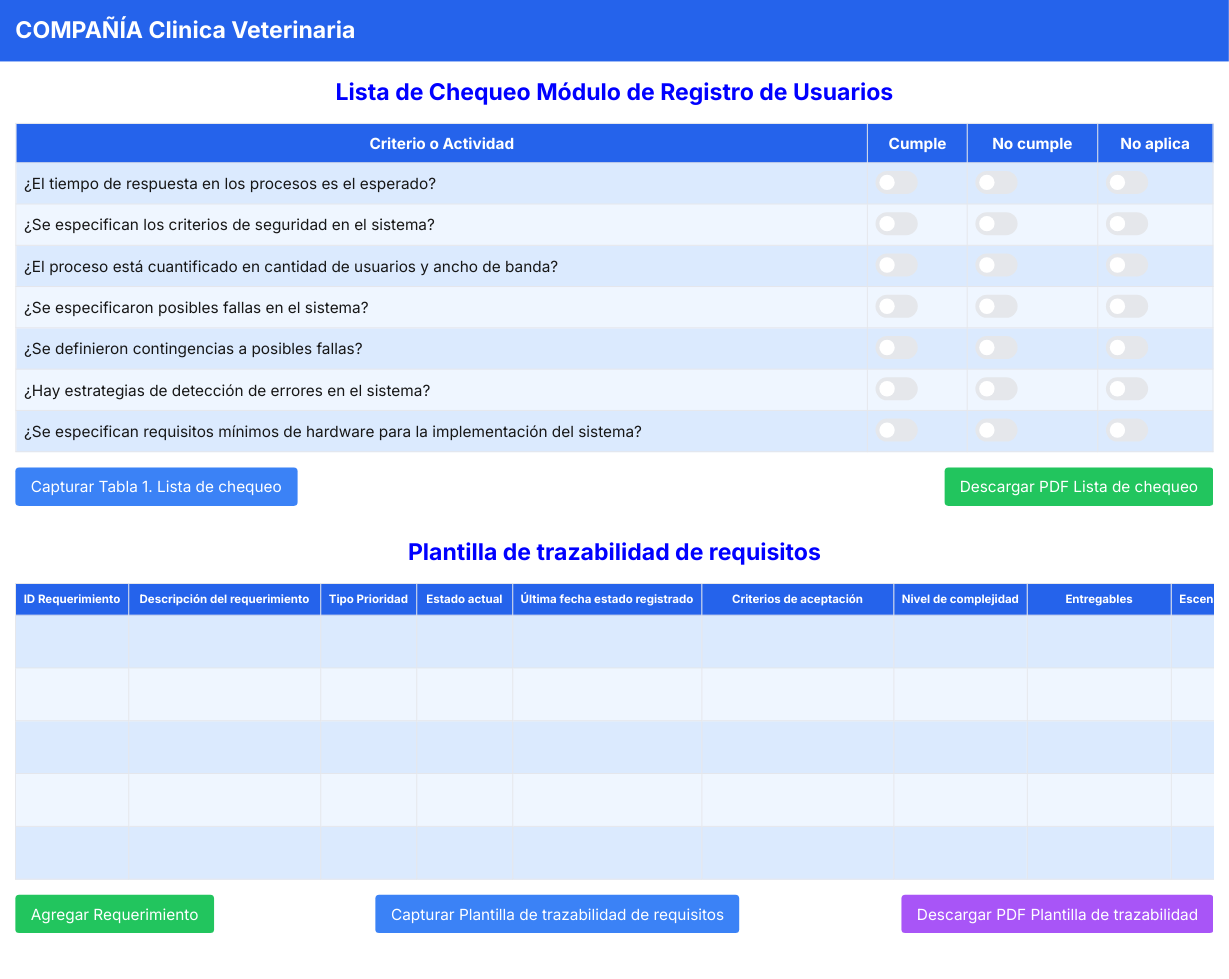
Repository: CiroAlfa/lista-de-Chequeo
Page: /
These files come from the project's save history. The page is drawn as it stood at one moment and after the next save; the edit follows.
The browser window is 1280 px wide. The pictures show the whole page, at 96% of full size.
The project was rebuilt for these pictures with package versions that can differ from the ones it lists, and the page was loaded fresh each time. The framework's server and built-in components were replaced by stand-ins that run in the browser. Also part of the build but not shown: next.config.mjs.

Above is the page before, as saved 2024-09-27 14:41:30.

### src/app/layout.tsx
import './globals.css'
import type { Metadata } from 'next'
import { Inter } from 'next/font/google'

const inter = Inter({ subsets: ['latin'] })

export const metadata: Metadata = {
  title: 'Checklist App - Clinica Veterinaria',
  description: 'Aplicación de chequeo y trazabilidad de requisitos',
}

export default function RootLayout({
  children,
}: {
  children: React.ReactNode
}) {
  return (
    <html lang="es">
      <body className={inter.className}>
        <header className="bg-blue-600 text-white p-4">
          <h1 className="text-2xl font-bold">COMPAÑÍA Clinica Veterinaria</h1>
        </header>
        {children}
      </body>
    </html>
  )
}

### src/app/page.tsx
'use client'

import { useState, useRef } from 'react'
import { Switch } from '@headlessui/react'
import html2canvas from 'html2canvas'
import jsPDF from 'jspdf'

interface ChecklistItem {
  id: number
  criteria: string
  cumple: boolean
  noCumple: boolean
  noAplica: boolean
}

interface RequirementItem {
  id: string
  description: string
  priority: string
  status: string
  lastUpdated: string
  acceptanceCriteria: string
  complexity: string
  deliverables: string
  testScenarios: string
  stakeholder: string
}

const initialChecklist: ChecklistItem[] = [
  { id: 1, criteria: '¿El tiempo de respuesta en los procesos es el esperado?', cumple: false, noCumple: false, noAplica: false },
  { id: 2, criteria: '¿Se especifican los criterios de seguridad en el sistema?', cumple: false, noCumple: false, noAplica: false },
  { id: 3, criteria: '¿El proceso está cuantificado en cantidad de usuarios y ancho de banda?', cumple: false, noCumple: false, noAplica: false },
  { id: 4, criteria: '¿Se especificaron posibles fallas en el sistema?', cumple: false, noCumple: false, noAplica: false },
  { id: 5, criteria: '¿Se definieron contingencias a posibles fallas?', cumple: false, noCumple: false, noAplica: false },
  { id: 6, criteria: '¿Hay estrategias de detección de errores en el sistema?', cumple: false, noCumple: false, noAplica: false },
  { id: 7, criteria: '¿Se especifican requisitos mínimos de hardware para la implementación del sistema?', cumple: false, noCumple: false, noAplica: false },
]

const initialRequirements: RequirementItem[] = Array(5).fill(null).map((_, index) => ({
  id: ``,
  description: '',
  priority: '',
  status: '',
  lastUpdated: '',
  acceptanceCriteria: '',
  complexity: '',
  deliverables: '',
  testScenarios: '',
  stakeholder: '',
}))

export default function Home() {
  const [checklist, setChecklist] = useState<ChecklistItem[]>(initialChecklist)
  const [requirements, setRequirements] = useState<RequirementItem[]>(initialRequirements)
  const tableRef = useRef<HTMLDivElement>(null)

  const handleChecklistChange = (id: number, field: 'cumple' | 'noCumple' | 'noAplica') => {
    setChecklist(checklist.map(item => {
      if (item.id === id) {
        const newItem = { ...item, [field]: !item[field] }
        if (newItem[field]) {
          newItem.cumple = field === 'cumple'
          newItem.noCumple = field === 'noCumple'
          newItem.noAplica = field === 'noAplica'
        }
        return newItem
      }
      return item
    }))
  }

  const handleRequirementChange = (index: number, field: keyof RequirementItem, value: string) => {
    setRequirements(requirements.map((item, i) =>
      i === index ? { ...item, [field]: value } : item
    ))
  }

  const addRequirement = () => {
    setRequirements([...requirements, {
      id: '',
      description: '',
      priority: '',
      status: '',
      lastUpdated: '',
      acceptanceCriteria: '',
      complexity: '',
      deliverables: '',
      testScenarios: '',
      stakeholder: '',
    }])
  }

  const captureScreenshot = async (elementId: string, fileName: string) => {
    const element = document.getElementById(elementId)
    if (element && tableRef.current) {
      const canvas = await html2canvas(element, {
        scrollX: -window.scrollX,
        scrollY: -window.scrollY,
        width: tableRef.current.scrollWidth,
        height: tableRef.current.scrollHeight,
        windowWidth: tableRef.current.scrollWidth,
        windowHeight: tableRef.current.scrollHeight
      })
      const image = canvas.toDataURL('image/png')
      const link = document.createElement('a')
      link.href = image
      link.download = fileName
      link.click()
    }
  }

  const generatePDF = async (elementId: string, fileName: string) => {
    const element = document.getElementById(elementId)
    if (element) {
      const canvas = await html2canvas(element, {
        scale: 1,
        useCORS: true,
      })
      const imgData = canvas.toDataURL('image/png')
      const pdf = new jsPDF({
        orientation: 'landscape',
        unit: 'px',
        format: [canvas.width, canvas.height]
      })
      pdf.addImage(imgData, 'PNG', 0, 0, canvas.width, canvas.height)
      pdf.save(fileName)
    }
  }

  return (
    <main className="container mx-auto p-4">
      <div className="mb-8" id="checklist-table">
        <h2 className="text-2xl font-bold mb-4 text-center"style={{ color: 'blue' }}>Lista de Chequeo Módulo de Registro de Usuarios</h2>
        <table className="w-full border-collapse">
          <thead>
            <tr className="bg-blue-600 text-white">
              <th className="border p-2">Criterio o Actividad</th>
              <th className="border p-2">Cumple</th>
              <th className="border p-2">No cumple</th>
              <th className="border p-2">No aplica</th>
            </tr>
          </thead>
          <tbody>
            {checklist.map((item, index) => (
              <tr key={item.id} className={index % 2 === 0 ? 'bg-blue-100' : 'bg-blue-50'}>
                <td className="border p-2">{item.criteria}</td>
                <td className="border p-2">
                  <Switch
                    checked={item.cumple}
                    onChange={() => handleChecklistChange(item.id, 'cumple')}
                    className={`${item.cumple ? 'bg-blue-600' : 'bg-gray-200'} relative inline-flex h-6 w-11 items-center rounded-full`}
                  >
                    <span className={`${item.cumple ? 'translate-x-6' : 'translate-x-1'} inline-block h-4 w-4 transform rounded-full bg-white transition`} />
                  </Switch>
                </td>
                <td className="border p-2">
                  <Switch
                    checked={item.noCumple}
                    onChange={() => handleChecklistChange(item.id, 'noCumple')}
                    className={`${item.noCumple ? 'bg-blue-600' : 'bg-gray-200'} relative inline-flex h-6 w-11 items-center rounded-full`}
                  >
                    <span className={`${item.noCumple ? 'translate-x-6' : 'translate-x-1'} inline-block h-4 w-4 transform rounded-full bg-white transition`} />
                  </Switch>
                </td>
                <td className="border p-2">
                  <Switch
                    checked={item.noAplica}
                    onChange={() => handleChecklistChange(item.id, 'noAplica')}
                    className={`${item.noAplica ? 'bg-blue-600' : 'bg-gray-200'} relative inline-flex h-6 w-11 items-center rounded-full`}
                  >
                    <span className={`${item.noAplica ? 'translate-x-6' : 'translate-x-1'} inline-block h-4 w-4 transform rounded-full bg-white transition`} />
                  </Switch>
                </td>
              </tr>
            ))}
          </tbody>
        </table>
        <div className="mt-4 flex justify-between">
          <button
            onClick={() => captureScreenshot('checklist-table', 'lista-de-chequeo.png')}
            className="bg-blue-500 text-white px-4 py-2 rounded hover:bg-blue-600 transition-colors"
          >
            Capturar Tabla 1. Lista de chequeo
          </button>
          <button
            onClick={() => generatePDF('checklist-table', 'lista-de-chequeo.pdf')}
            className="bg-green-500 text-white px-4 py-2 rounded hover:bg-green-600 transition-colors"
          >
            Descargar PDF Lista de chequeo
          </button>
        </div>
      </div>

      <div className="mb-8" id="requirements-table">
        <h2 className="text-2xl font-bold mb-4 text-center" style={{ color: 'blue' }}>Plantilla de trazabilidad de requisitos</h2>
        <div className="overflow-x-auto" ref={tableRef}>
          <table className="w-full border-collapse">
            <thead>
              <tr className="bg-blue-600 text-white">
                <th className="border p-2 whitespace-nowrap text-xs">ID Requerimiento</th>
                <th className="border p-2 whitespace-nowrap text-xs">Descripción del requerimiento</th>
                <th className="border p-2 whitespace-nowrap text-xs">Tipo Prioridad</th>
                <th className="border p-2 whitespace-nowrap text-xs">Estado actual</th>
                <th className="border p-2 whitespace-nowrap text-xs">Última fecha estado registrado</th>
                <th className="border p-2 whitespace-nowrap text-xs">Criterios de aceptación</th>
                <th className="border p-2 whitespace-nowrap text-xs">Nivel de complejidad</th>
                <th className="border p-2 whitespace-nowrap text-xs">Entregables</th>
                <th className="border p-2 whitespace-nowrap text-xs">Escenarios de pruebas</th>
                <th className="border p-2 whitespace-nowrap text-xs">Interesado en el requisito</th>
              </tr>
            </thead>
            <tbody>
              {requirements.map((item, index) => (
                <tr key={index} className={index % 2 === 0 ? 'bg-blue-100' : 'bg-blue-50'}>
                  <td className="border p-2 min-w-[100px]">
                    <input
                      type="text"
                      value={item.id}
                      onChange={(e) => handleRequirementChange(index, 'id', e.target.value)}
                      className="w-full bg-transparent text-xs"
                    />
                  </td>
                  <td className="border p-2 min-w-[200px]">
                    <textarea
                      value={item.description}
                      onChange={(e) => handleRequirementChange(index, 'description', e.target.value)}
                      className="w-full bg-transparent text-xs resize-none overflow-hidden"
                      rows={2}
                      onInput={(e) => {
                        e.currentTarget.style.height = 'auto'
                        e.currentTarget.style.height = e.currentTarget.scrollHeight + 'px'
                      }}
                    />
                  </td>
                  <td className="border p-2 min-w-[100px]">
                    <input
                      type="text"
                      value={item.priority}
                      onChange={(e) => handleRequirementChange(index, 'priority', e.target.value)}
                      className="w-full bg-transparent text-xs"
                    />
                  </td>
                  <td className="border p-2 min-w-[100px]">
                    <input
                      type="text"
                      value={item.status}
                      onChange={(e) => handleRequirementChange(index, 'status', e.target.value)}
                      className="w-full bg-transparent text-xs"
                    />
                  </td>
                  <td className="border p-2 min-w-[120px]">
                    <input
                      type="text"
                      value={item.lastUpdated}
                      onChange={(e) => handleRequirementChange(index, 'lastUpdated', e.target.value)}
                      className="w-full bg-transparent text-xs"
                    />
                  </td>
                  <td className="border p-2 min-w-[200px]">
                    <textarea
                      value={item.acceptanceCriteria}
                      onChange={(e) => handleRequirementChange(index, 'acceptanceCriteria', e.target.value)}
                      className="w-full bg-transparent text-xs resize-none overflow-hidden"
                      rows={2}
                      onInput={(e) => {
                        e.currentTarget.style.height = 'auto'
                        e.currentTarget.style.height = e.currentTarget.scrollHeight + 'px'
                      }}
                    />
                  </td>
                  <td className="border p-2 min-w-[100px]">
                    <input
                      type="text"
                      value={item.complexity}
                      onChange={(e) => handleRequirementChange(index, 'complexity', e.target.value)}
                      className="w-full bg-transparent text-xs"
                    />
                  </td>
                  <td className="border p-2 min-w-[150px]">
                    <textarea
                      value={item.deliverables}
                      onChange={(e) => handleRequirementChange(index, 'deliverables', e.target.value)}
                      className="w-full bg-transparent text-xs resize-none overflow-hidden"
                      rows={2}
                      onInput={(e) => {
                        e.currentTarget.style.height = 'auto'
                        e.currentTarget.style.height = e.currentTarget.scrollHeight + 'px'
                      }}
                    />
                  </td>
                  <td className="border p-2 min-w-[150px]">
                    <textarea
                      value={item.testScenarios}
                      onChange={(e) => handleRequirementChange(index, 'testScenarios', e.target.value)}
                      className="w-full bg-transparent text-xs resize-none overflow-hidden"
                      rows={2}
                      onInput={(e) => {
                        e.currentTarget.style.height = 'auto'
                        e.currentTarget.style.height = e.currentTarget.scrollHeight + 'px'
                      }}
                    />
                  </td>
                  <td className="border p-2 min-w-[100px]">
                    <input
                      type="text"
                      value={item.stakeholder}
                      onChange={(e) => handleRequirementChange(index, 'stakeholder', e.target.value)}
                      className="w-full bg-transparent text-xs"
                    />
                  </td>
                </tr>
              ))}
            </tbody>
          </table>
        </div>
        <div className="mt-4 flex justify-between">
          <button
            onClick={addRequirement}
            className="bg-green-500 text-white px-4 py-2 rounded hover:bg-green-600 transition-colors"
          >
            Agregar Requerimiento
          </button>
          <button
            onClick={() => captureScreenshot('requirements-table', 'plantilla-trazabilidad-requisitos.png')}
            className="bg-blue-500 text-white px-4 py-2 rounded hover:bg-blue-600 transition-colors"
          >
            Capturar Plantilla de trazabilidad de requisitos
          </button>
          <button
            onClick={() => generatePDF('requirements-table', 'plantilla-trazabilidad-requisitos.pdf')}
            className="bg-purple-500 text-white px-4 py-2 rounded hover:bg-purple-600 transition-colors"
          >
            Descargar PDF Plantilla de trazabilidad
          </button>
        </div>
      </div>
    </main>
  )
}

Loaded but not shown: src/app/globals.css (common file); tailwind.config.ts (common file)

After the next save:
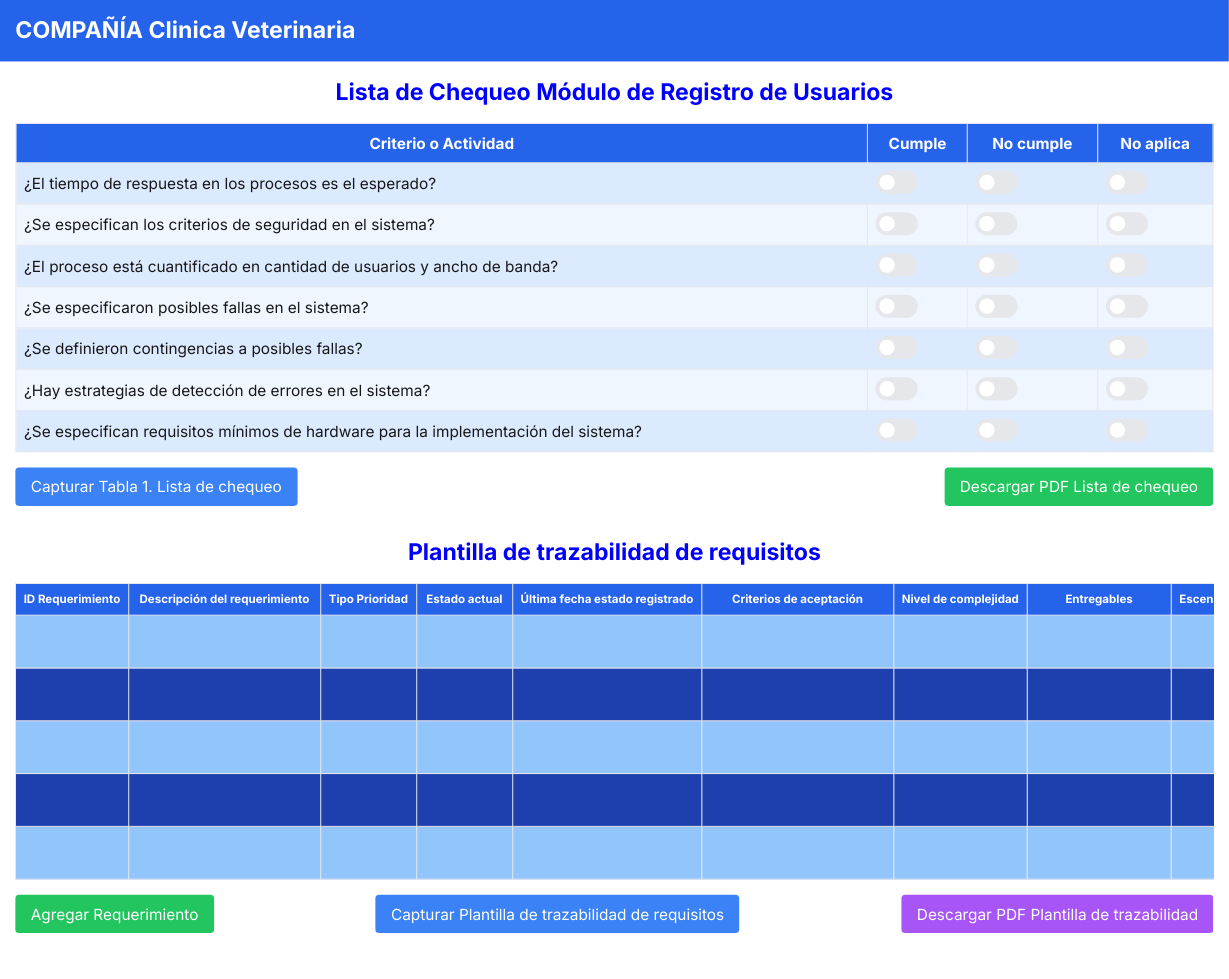
Saved 29 s later.
--- a/src/app/page.tsx
+++ b/src/app/page.tsx
@@ -211,7 +211,7 @@ export default function Home() {
             </thead>
             <tbody>
               {requirements.map((item, index) => (
-                <tr key={index} className={index % 2 === 0 ? 'bg-blue-100' : 'bg-blue-50'}>
+                <tr key={index} className={index % 2 === 0 ? 'bg-blue-300' : 'bg-blue-800'}>
                   <td className="border p-2 min-w-[100px]">
                     <input
                       type="text"
